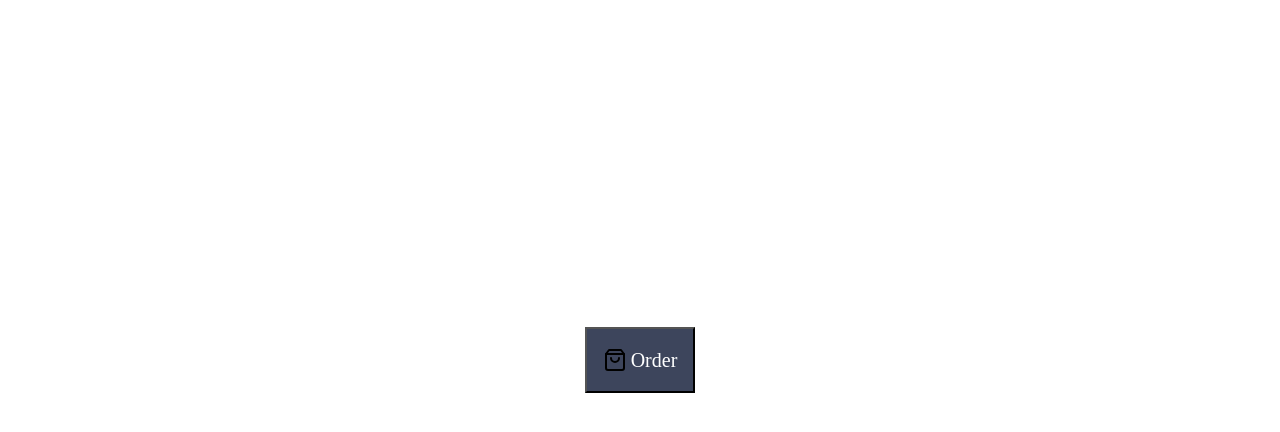
Repository: hjubsoni/hex-ocean-task
Page: /
An editor plug-in stored every save of this project. The page is shown before and after the next save, followed by the edit.
The browser window is 1280 px wide. The pictures show the whole page.
The project was rebuilt for these pictures with package versions that can differ from the ones it lists, and the page was loaded fresh each time. Also part of the build but not shown: vite.config.ts.

Above is the page before, as saved 2023-03-20 21:13:59.

### index.html
<!DOCTYPE html>
<html lang="en">
  <head>
    <meta charset="UTF-8" />
    <link rel="icon" type="image/svg+xml" href="/vite.svg" />
    <meta
      name="viewport"
      content="width=device-width, initial-scale=1.0"
    />
    <title>Vite + React + TS</title>
  </head>
  <body>
    <div id="root"></div>
    <script type="module" src="/src/main.tsx"></script>
  </body>
</html>

### src/App.tsx
import './App.css';
import { ShoppingBag } from 'react-feather';

function App() {
  return (
    <div className="wrapper">
      <button className="order-button">
        <span className="icon">
          <ShoppingBag />
        </span>
        <span className="order-button-text">Order</span>
      </button>
    </div>
  );
}

export default App;

### src/index.css
*,
*::before,
*::after {
  box-sizing: border-box;
}

* {
  margin: 0;
}

html,
body,
#root {
  height: 100%;
}

body {
  line-height: 1.5;
  -webkit-font-smoothing: antialiased;
}

img,
picture,
video,
canvas,
svg {
  display: block;
  max-width: 100%;
}

input,
button,
textarea,
select {
  font: inherit;
}

p,
h1,
h2,
h3,
h4,
h5,
h6 {
  overflow-wrap: break-word;
}

#root,
#__next {
  isolation: isolate;
}

### src/App.css
.wrapper {
  height: 100%;
  display: flex;
  justify-content: center;
  align-items: center;
}

.order-button {
  display: flex;
  align-items: center;
  padding: 16px;
  gap: 4px;
  background: #3d455c;
}

.order-button-text {
  font-size: 1.25rem;
  color: white;
}

.icon {
  animation-duration: 2s;
}

.order-button:hover > .icon {
  animation-name: bounce-7;
  animation-timing-function: cubic-bezier(0.28, 0.84, 0.42, 1);
}
@keyframes bounce-7 {
  0% {
    transform: scale(1, 1) translateY(0);
  }
  10% {
    transform: scale(1.1, 0.9) translateY(0);
  }
  30% {
    transform: scale(0.9, 1.1) translateY(-10px);
  }
  50% {
    transform: scale(1.05, 0.95) translateY(0);
  }
  57% {
    transform: scale(1, 1) translateY(-2px);
  }
  64% {
    transform: scale(1, 1) translateY(0);
  }
  100% {
    transform: scale(1, 1) translateY(0);
  }
}

Loaded but not shown: src/main.tsx (common file)

After the next save:
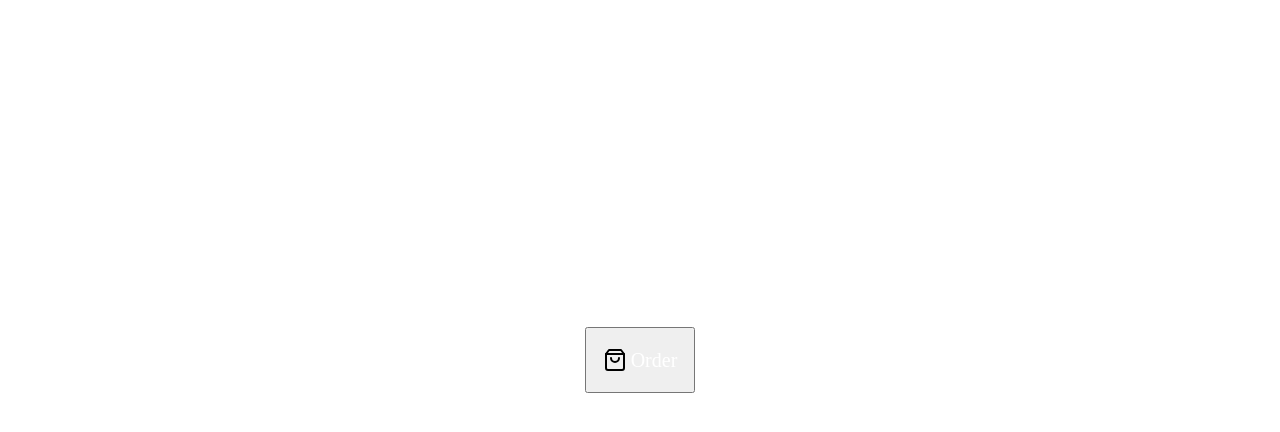
Saved 7 s later.
--- a/src/App.css
+++ b/src/App.css
@@ -10,7 +10,6 @@
   align-items: center;
   padding: 16px;
   gap: 4px;
-  background: #3d455c;
 }
 
 .order-button-text {
